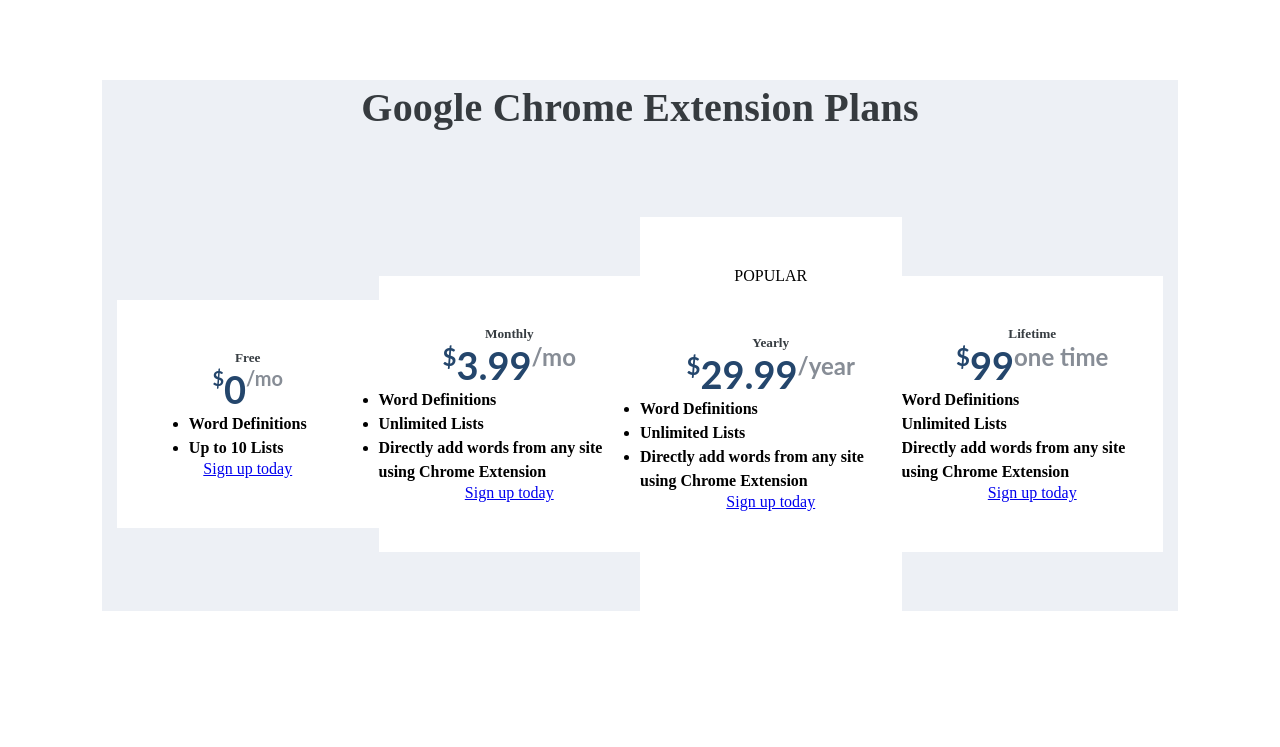
Repository: Novoselets28/chatos-test-task
Page: index.html
The author's editor kept a copy of each file at every save. The page is drawn from the files as they stood at one save, then again after the next save.
The browser window is 1280 px wide. The pictures show the whole page.

Above is the page before, as saved 2023-04-19 09:54:31.

### index.html
<!DOCTYPE html>
<html lang="en">
<head>
    <meta charset="UTF-8">
    <meta http-equiv="X-UA-Compatible" content="IE=edge">
    <meta name="viewport" content="width=device-width, initial-scale=1.0">
    <link rel="stylesheet" type="text/css" href="index.css" />
    <title>Document</title>
</head>
<body>
    <div class="page__extension extension">
        <div class="extension__container _container">
            <div class="extension__header header-block">
                <h2 class="header-block__title">Google Chrome Extension Plans</h2>
            </div>
            <div class="extension__items">
                <!-- Modern pricing table - Free -->
                <div class="extension__item item-extension">
                        <h5 class="item-extension__title">Free</h5>
                        <div class="item-extension__price price-item">
                            <sub class="price-item__dollar">$</sub>
                            <span class="price-item__number">0</span>
                            <sub class="price-item__label">/mo</sub>
                        </div>
                        <div class="item-extension__points">
                            <ul class="item-extension__point point-list">
                                <li class="point-list__item">
                                    <i class="point-list__icon"></i>
                                        Word Definitions
                                </li>
                                <li class="point-list__item">
                                    <i class="point-list__icon"></i>
                                        Up to 10 Lists
                                </li>
                            </ul>
                        </div>
                        <a href="https://boostvocab.com/register" class="item-extension__button">Sign up today</a>
                </div>
                <!-- END : Modern pricing table - Free -->
                <!-- Modern pricing table - MOnthly -->
                <div class="extension__item item-extension">
                        <h5 class="item-extension__title">Monthly</h5>
                        <div class="item-extension__price price-item">
                            <span class="price-item__dollar">$</span>
                            <span class="price-item__number">3.99</span>
                            <span class="price-item__label">/mo</span>
                        </div>
                        <div class="item-extension__points">
                            <ul class="item-extension__point point-list">
                                <li class="point-list__item">
                                    <i class="point-list__icon"></i>
                                        Word Definitions
                                </li>
                                <li class="point-list__item">
                                    <i class="point-list__icon"></i>
                                        Unlimited Lists
                                </li>
                                <li class="point-list__item">
                                    <i class="point-list__icon"></i>
                                        Directly add words from any site using Chrome Extension
                                </li>
                            </ul>
                        </div>
                        <a target="new" href="https://buy.stripe.com/5kAdRpbLh3k71RS6oo" class="item-extension__button">Sign up today</a>
                </div>
                <!-- END : Modern pricing table - Monthly -->
                <!-- Modern pricing table - Yearly -->
                <div class="extension__item item-extension" style="z-index: 2;">
                        <div class="ribbon"><span>POPULAR</span></div>
                        <div class="extension__item item-extension">
                            <h5 class="item-extension__title">Yearly</h5>
                            <div class="item-extension__price price-item">
                                <span class="price-item__dollar">$</span>
                                <span class="price-item__number">29.99</span>
                                <span class="price-item__label">/year</span>
                            </div>
                            <div class="item-extension__points">
                               <ul class="item-extension__point point-list">
                                    <li class="point-list__item">
                                        <i class="point-list__icon"></i>
                                            Word Definitions
                                    </li>
                                    <li class="point-list__item">
                                        <i class="point-list__icon"></i>
                                            Unlimited Lists
                                    </li>
                                    <li class="point-list__item">
                                        <i class="point-list__icon"></i>
                                            Directly add words from any site using Chrome Extension
                                    </li>
                                </ul>
                            </div>
                            <a target="new" href="https://buy.stripe.com/aEU6oX3eL6wjdAA7st" class="item-extension__button">Sign up today</a>
                        </div>
                </div>
                <!-- END : Modern pricing table - Yearly -->
                <!-- Modern pricing table - Lifetime -->
                <div class="extension__item item-extension">
                        <h5 class="item-extension__title">Lifetime</h5>
                        <div class="item-extension__price price-item">
                            <span class="price-item__dollar">$</span>
                            <span class="price-item__number">99</span>
                            <span class="price-item__label">one time</span>
                        </div>
                        <div class="item-extension__points">
                            <ul class="item-extension__point point-list">
                                <li class="point-list__item">
                                    <i class="point-list__icon"></i>
                                        Word Definitions
                                </li>
                                <li class="point-list__item">
                                    <i class="point-list__icon"></i>
                                        Unlimited Lists
                                </li>
                                <li class="point-list__item">
                                    <i class="point-list__icon"></i>
                                        Directly add words from any site using Chrome Extension
                                </li>
                            </ul>
                        </div>
                        <a target="new" href="https://buy.stripe.com/4gwfZxbLh8Er54428a" class="item-extension__button">Sign up today</a>
                    <!-- END : Modern pricing table - Lifetime -->

                </div>
            </div>
        </div>
    </div>
</body>
</html>

### index.css
*{
    margin: 0;
    padding: 0;
    box-sizing: border-box;
}

.page__extension {

}

.extension{
    padding: 80px 0px 136px 0px;
}

.extension__container{
    background-color: #edf0f5;
}

._container{
    max-width: 1046px;
    padding: 0 15px;
    margin: 0 auto;
    box-sizing: content-box;
}

.extension__header{
    margin: 0 0 80px 0;
}

.header-block{
    text-align: center;
    letter-spacing: 0.2px;
}

.header-block__title{
    font-size: 40px;
    font-weight: 700;
    line-height: 142%;
    color: #363b3f;
}

.extension__items{
    display: flex;
    align-items: center;
}

.extension__item{
    flex: 0 1 33.333%;
}

.item-extension{
    display: flex;
    flex-direction: column;
    justify-content: center;
    align-items: center;
    background-color: #fff;
    padding: 50px 0;
}

.item-extension__title{
    color: #373d42;
}

.item-extension__price{
    color: #24466c;
    display: flex;
    justify-content: center;
}

.price-item{
    margin: 0;
    font-size: 24px;
    font-family: "Lato";
    font-weight: bold;
}

.price-item__dollar{

}

.price-item__number{
    text-transform: uppercase;
    font-size: 38px;
}

.price-item__label{
    color: #878d96;
}

.item-extension__points{
    display: flex;
    flex-direction: column;
    justify-content: center;
    align-items: center;
}

.item-extension__point{
    color: inherit;
    font-weight: 600;
    line-height: 150%;
    font-size: 16px;
}

.point-list{

}

.point-list__item{

}

.point-list__icon{

}

.item-extension__button{

}

After the next save:
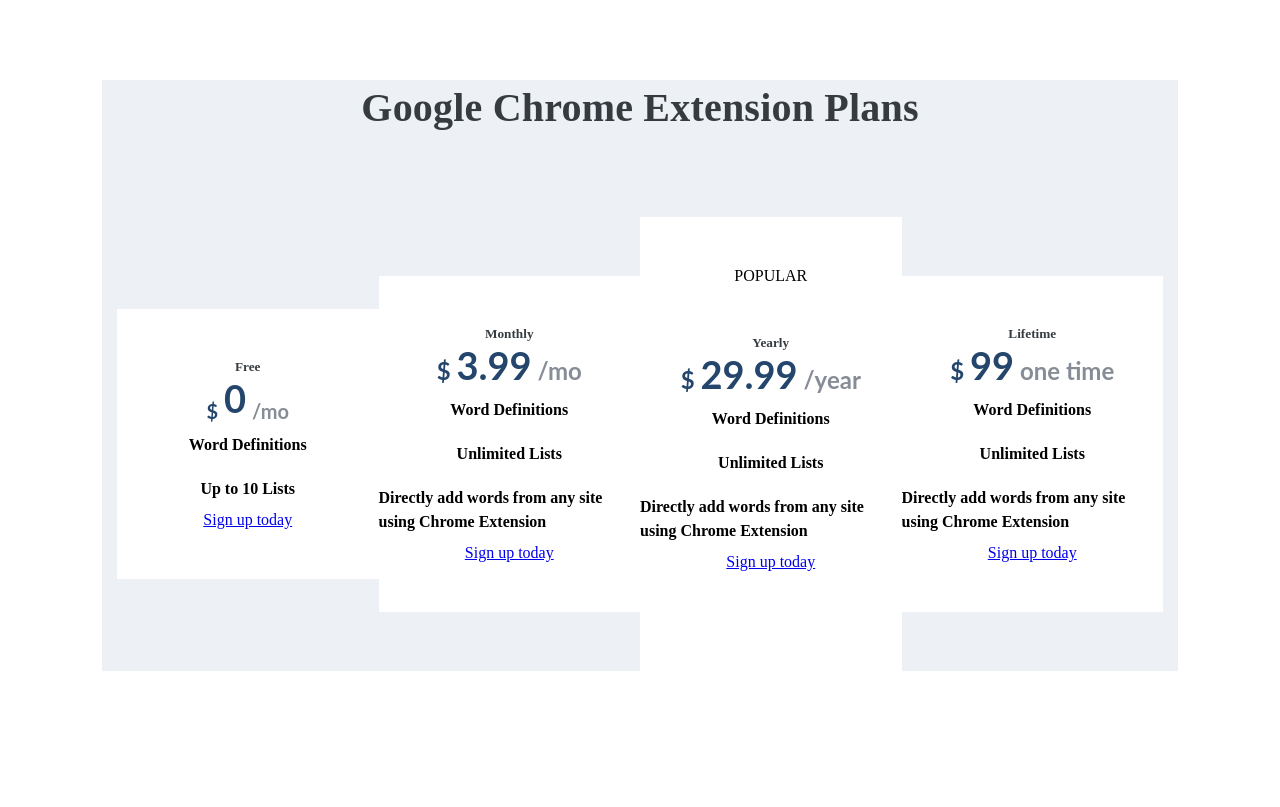
Saved 27 min 2 s later.
--- a/index.css
+++ b/index.css
@@ -63,8 +63,6 @@
 
 .item-extension__price{
     color: #24466c;
-    display: flex;
-    justify-content: center;
 }
 
 .price-item{
@@ -99,6 +97,10 @@
     font-weight: 600;
     line-height: 150%;
     font-size: 16px;
+    display: flex;
+    flex-direction: column;
+    justify-content: space-around;
+    align-items: center;
 }
 
 .point-list{
@@ -106,7 +108,11 @@
 }
 
 .point-list__item{
-
+    list-style-type: none;
+    display: flex;
+    justify-content: center;
+    width: 100%;
+    padding: 10px 0;
 }
 
 .point-list__icon{
